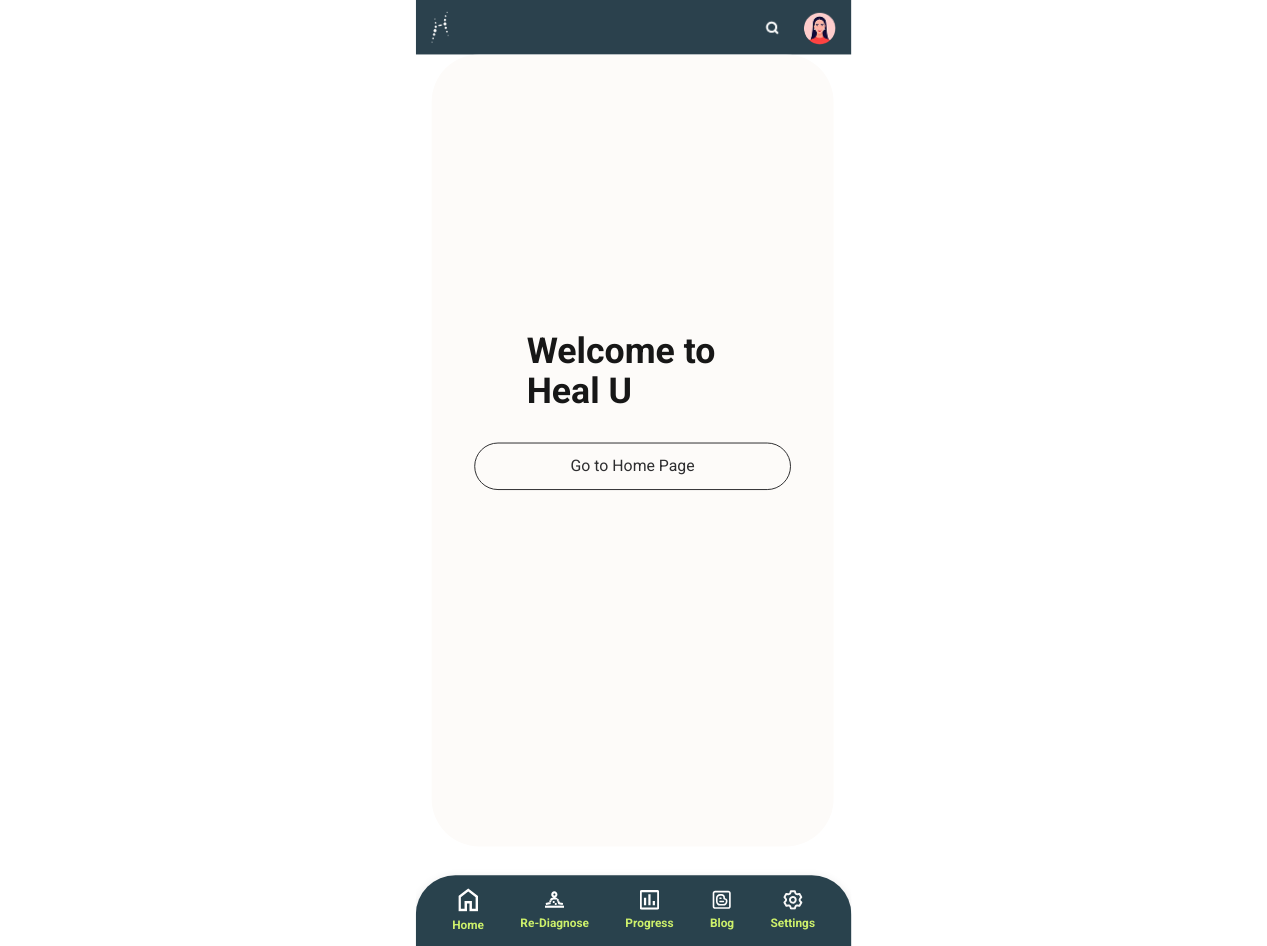
Repository: patcha-d3/heal_u
Page: /
These files come from the project's save history. The page is drawn as it stood at one moment and after the next save; the edit follows.
The browser window is 1280 px wide. The pictures show the whole page, at 99% of full size.
The project was rebuilt for these pictures with package versions that can differ from the ones it lists, and the page was loaded fresh each time. The framework's server and built-in components were replaced by stand-ins that run in the browser. Also part of the build but not shown: next.config.js, next.config.mjs.

Above is the page before, as saved 2025-05-08 11:15:47.

### app/layout.js
"use client";

import { Geist, Geist_Mono } from "next/font/google";
import { Roboto } from "next/font/google";
import "./globals.css";
import { usePathname } from "next/navigation";

import Bottomnav from "../ui/Bottomnav/Bottomnav";
import TopNav from "../ui/Topnav/Topnav";

const geistSans = Geist({
	variable: "--font-geist-sans",
	subsets: ["latin"],
});

const geistMono = Geist_Mono({
	variable: "--font-geist-mono",
	subsets: ["latin"],
});

const roboto = Roboto({
	weight: ["300", "400", "500", "700"],
	subsets: ["latin"],
	display: "swap",
});

export default function RootLayout({ children }) {
	const pathname = usePathname();
	const showBottomNav = !pathname?.includes("/onboarding");

	return (
		<html lang='en'>
			<body
				className={`${geistSans.variable} ${geistMono.variable} ${roboto.className} antialiased`}
				suppressHydrationWarning
			>
				<div className='min-h-screen w-full flex items-center justify-center'>
					<div className='w-[440px] h-[956px] relative overflow-hidden flex flex-col'>
						<TopNav />
						<main className='flex-1 overflow-y-auto'>
							<div className='w-[406px] h-[800px] bg-[#FDFBF9] mx-4 mb-4 rounded-[48px]'>
								{children}
							</div>
						</main>
						{showBottomNav && (
							<div className='absolute bottom-0 left-0 right-0'>
								<Bottomnav />
							</div>
						)}
					</div>
				</div>
			</body>
		</html>
	);
}

### app/page.js
"use client";

import React from "react";
import Link from "next/link";
import Button from "../ui/Button/Button";

export default function RootPage() {
	return (
		<main className='flex min-h-screen flex-col items-center justify-center p-24'>
			<h1 className='text-4xl font-bold mb-8'>
				Welcome to Heal U
			</h1>
			<Link href='/home'>
				<Button
					text='Go to Home Page'
					onClick={() => {}}
					fullWidth={false}
					outlined={true}
				/>
			</Link>
		</main>
	);
}

### ui/Bottomnav/Bottomnav.js
"use client";

import React from "react";
import Link from "next/link";
import { usePathname } from "next/navigation";
import styles from "./Bottomnav.module.css";
import Image from "next/image";

const menuItems = [
  { label: "Home", icon: "/icons/home.svg", path: "/" },
  { label: "Re-Diagnose", icon: "/icons/rediagnose.svg", path: "/re-diagnose" },
  { label: "Progress", icon: "/icons/progress.svg", path: "/progress" },
  { label: "Blog", icon: "/icons/blog.svg", path: "/blog" },
  { label: "Settings", icon: "/icons/settings.svg", path: "/settings" },
];

export default function MobileNavbar() {
  const pathname = usePathname();

  return (
    <nav className={styles.navbar}>
      {menuItems.map((item, index) => {
        const isActive = true;

        return (
          <Link href={item.path} key={index} className={styles.link}>
            <div className={styles.button}>
              <div
                className={`${styles.icon} ${
                  isActive ? styles.iconActive : ""
                }`}
              >
                <Image
                  src={item.icon}
                  alt={item.label}
                  width={20}
                  height={20}
                />
              </div>
              <span
                className={`${styles.label} ${
                  isActive ? styles.labelActive : styles.labelInactive
                }`}
              >
                {item.label}
              </span>
            </div>
          </Link>
        );
      })}
    </nav>
  );
}

### ui/Topnav/Topnav.js
"use client";

import React, { useState } from "react";
import styles from "./TopNav.module.css";

export default function TopNav() {
  const [showSearch, setShowSearch] = useState(false);
  const [hasNotification, setHasNotification] = useState(false);

  return (
    <header className={styles.topBar}>
      <a href="/" className={styles.logoContainer}>
        <img src="/logo.png" alt="Logo" className={styles.logoImg} />
      </a>

      <div className={styles.iconContainer}>
        <div className={styles.searchWrapper}>
          {showSearch && (
            <div className={styles.searchBox}>
              <input
                type="text"
                className={styles.searchInput}
                placeholder="Search..."
                autoFocus
              />
            </div>
          )}
          <img
            src="/search.png"
            alt="Search"
            className={`${styles.iconImg} ${showSearch ? styles.dark : ""}`}
            onClick={() => setShowSearch(!showSearch)}
          />
        </div>

        <div className={styles.avatarContainer}>
          <img
            src={hasNotification ? "/avatar-notification.png" : "/avatar.png"}
            alt="Avatar"
            className={styles.avatarImg}
          />
        </div>
      </div>
    </header>
  );
}

### ui/Button/Button.js
import React from "react";
import styles from "./Button.module.css";

const Button = ({
	text,
	onClick,
	icon,
	fullWidth = false,
	outlined = false,
	disabled = false,
	type = "button",
}) => {
	const classNames = [
		styles.button,
		fullWidth && styles.fullWidth,
		outlined && styles.outlined,
		disabled && styles.disabled,
	]
		.filter(Boolean)
		.join(" ");

	return (
		<button
			type={type}
			onClick={onClick}
			disabled={disabled}
			className={classNames}
		>
			<span className={styles.text}>{text}</span>
			{icon && <span className={styles.icon}>{icon}</span>}
		</button>
	);
};

export default Button;

### ui/Bottomnav/Bottomnav.module.css
/* navbar */
.navbar {
  position: relative;
  bottom: 0;
  left: 0;
  right: 0;
  display: flex;
  justify-content: space-evenly;
  align-items: center;
  background-color: #29424d;
  padding: 8px 0;
  box-shadow: 0 2px 10px rgba(0, 0, 0, 0.1);
  max-width: 440px;
  height: 72px;
  border-radius: 40px 40px 0 0;
  margin: 0 auto;
}

.link {
  text-decoration: none;
  color: inherit;
}

.button {
  display: flex;
  flex-direction: column;
  align-items: center;
  gap: 4px;
}

.icon {
  font-size: 24px;
}

.iconActive {
  stroke: #cdf06b;
}

.label {
  font-size: 12px;
  transition: all 0.2s ease;
}

.labelActive {
  font-weight: 800;
  color: #cdf06b;
}

.labelInactive {
  font-weight: 600;
  color: white;
}

/* Test page styles */
.testContainer {
  padding: 2rem;
  max-width: 440px;
  margin: 0 auto;
}

.testContent {
  display: flex;
  flex-direction: column;
  gap: 3rem;
}

.testSection {
  background: #f5f5f5;
  padding: 2rem;
  border-radius: 8px;
}

.testFrame {
  position: relative;
  height: 400px;
  border: 1px solid #ddd;
  border-radius: 8px;
  overflow: hidden;
  margin-top: 1rem;
}

.scrollContent {
  height: 100%;
  overflow-y: auto;
  padding: 1rem;
  padding-bottom: 80px; /* Space for the bottom nav */
}

.scrollContent p {
  margin: 1rem 0;
  padding: 0.5rem;
  background: white;
  border-radius: 4px;
  box-shadow: 0 1px 3px rgba(0, 0, 0, 0.1);
}

### ui/Topnav/Topnav.module.css
.topBar {
    width: 440px;
    height: 55px;
    background-color: #2b414d;
    display: flex;
    align-items: center;
    justify-content: space-between;
    padding: 0 16px;
    margin: 0 auto;
    box-sizing: border-box;
  }

  .logoImg {
    height: 30.56px;
    cursor: pointer;
  }

  .iconContainer {
    display: flex;
    align-items: center;
    gap: 16px;
  }

  .searchWrapper {
    display: flex;
    align-items: center;
    gap: 8px;
    position: relative;
  }

  .searchBox {
    background-color: white;
    width: 226px;
    height: 32px;
    border-radius: 24px;
    display: flex;
    align-items: center;
    padding: 0 5px;
    gap: 8px;
    transition: all 0.3s ease;
  }

  .searchInput {
    flex: 1;
    border: none;
    outline: none;
    font-size: 16px;
    background-color: transparent;
  }

  .iconImg {
    width: 32px;
    height: 32px;
    cursor: pointer;
    filter: brightness(200);
    transition: filter 0.3s ease;
  }

  .iconImg.dark {
    filter: brightness(0);
  }

  .avatarContainer {
    width: 32px;
    height: 34px;
    border-radius: 50%;
    overflow: hidden;
  }

  .avatarImg {
    width: 100%;
    height: 100%;
    object-fit: cover;
  }

### ui/Button/Button.module.css
.button {
	position: relative;
	display: flex;
	align-items: center;
	justify-content: center;
	height: 48px;
	width: 320px;
	border-radius: 24px;
	background-color: #29424d;
	border: 1px solid black;
	padding: 0 12px;
	font-family: "Roboto", sans-serif;
	font-size: 16px;
	line-height: 24px;
	color: white;
	transition: background-color 0.3s, color 0.3s;
}

.button:hover:not(.disabled) {
	background-color: #cdf06b;
	color: black;
}

.text {
	flex: 1;
	text-align: center;
}

.icon {
	position: absolute;
	right: 12px;
	display: flex;
	align-items: center;
}

.outlined {
	background-color: transparent;
	border: 1px solid #2e2e30;
	color: #2e2e30;
}

.outlined:hover:not(.disabled) {
	background-color: #cdf06b;
	color: #29424d;
}

.disabled {
	opacity: 0.5;
	cursor: not-allowed;
}

Loaded but not shown: app/globals.css (common file)

After the next save:
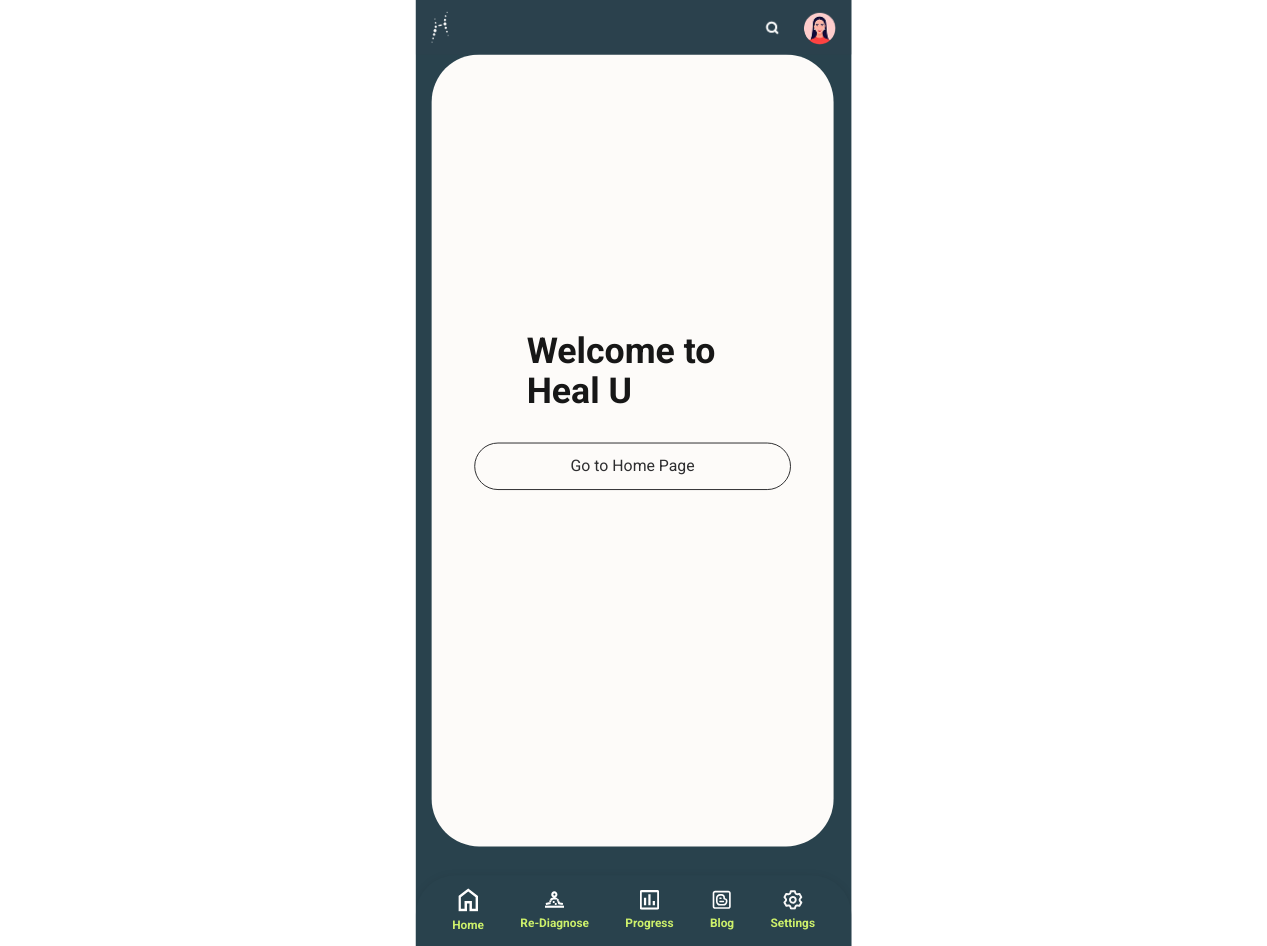
Saved 29 s later.
--- a/app/layout.js
+++ b/app/layout.js
@@ -35,7 +35,7 @@ export default function RootLayout({ children }) {
 				suppressHydrationWarning
 			>
 				<div className='min-h-screen w-full flex items-center justify-center'>
-					<div className='w-[440px] h-[956px] relative overflow-hidden flex flex-col'>
+					<div className='w-[440px] h-[956px] relative overflow-hidden flex flex-col bg-[#29424D]'>
 						<TopNav />
 						<main className='flex-1 overflow-y-auto'>
 							<div className='w-[406px] h-[800px] bg-[#FDFBF9] mx-4 mb-4 rounded-[48px]'>
